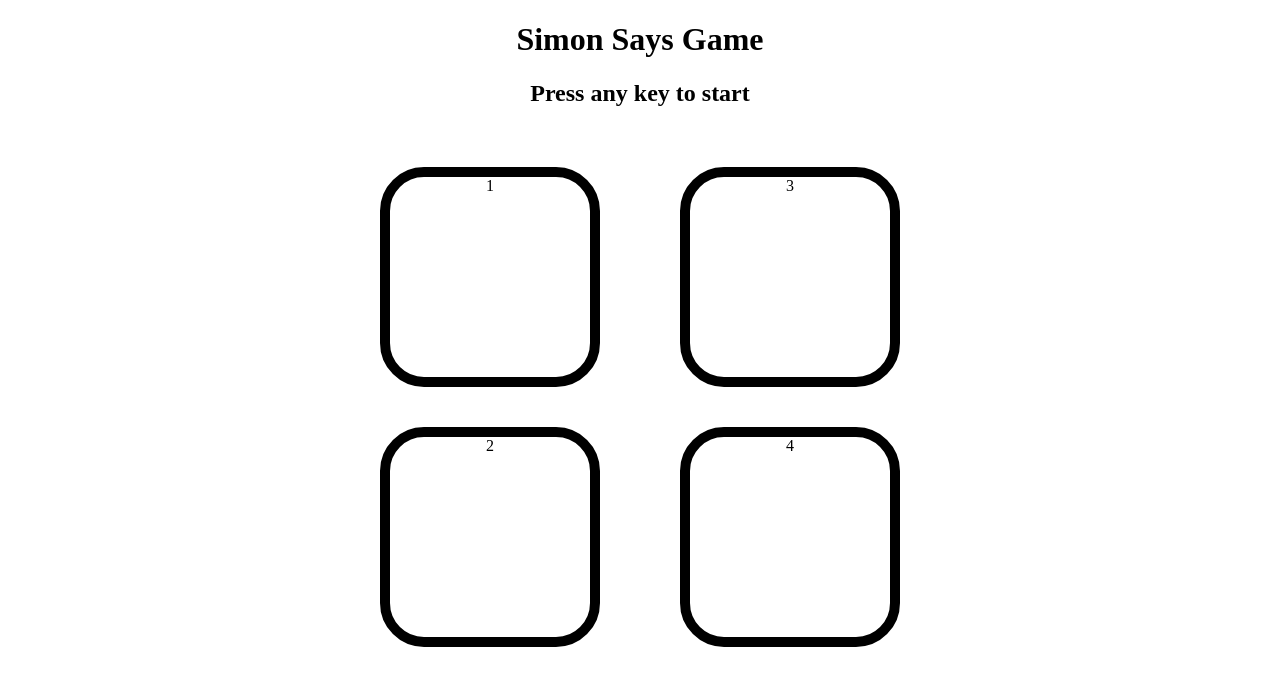
Repository: Manish-tomar-aligarh/Simon-Says-Game
Page: index.html
An editor plug-in stored every save of this project. The page is shown before and after a run of saves, followed by the edit.
The browser window is 1280 px wide. The pictures show the whole page.

Above is the page before, as saved 2025-05-25 11:30:29.

### index.html
<!DOCTYPE html>
<html lang="en">
<head>
    <meta charset="UTF-8">
    <meta name="viewport" content="width=device-width, initial-scale=1.0">
    <title>Simon Says Game</title>
    <link rel="stylesheet" href="style.css">
</head>
<body>
    <h1>Simon Says Game</h1>
    <h2>Press any key to start</h2>

    <div class="box-container">

        <div class="line-one">
            <div class="btn red">1</div>
        <div class="btn yellow">2</div>

        </div>
        <div class="line-two">
            <div class="btn green">3</div>
        <div class="btn purple">4</div>

        </div>


    </div>

    <script src="app.js"></script>

</body>
</html>

### style.css
body{
    text-align: center;
}

.btn{
    height:200px;
    width:200px;
    border-radius: 20%;
    border : 10px solid black;
    margin:2.5rem;
}

.box-container{
    display:flex;
    justify-content: center;

}
.yellow{
    background-color: ;
}

Loaded but not shown: app.js (no copy from this time; the picture is the same without it)

After the next 2 saves:
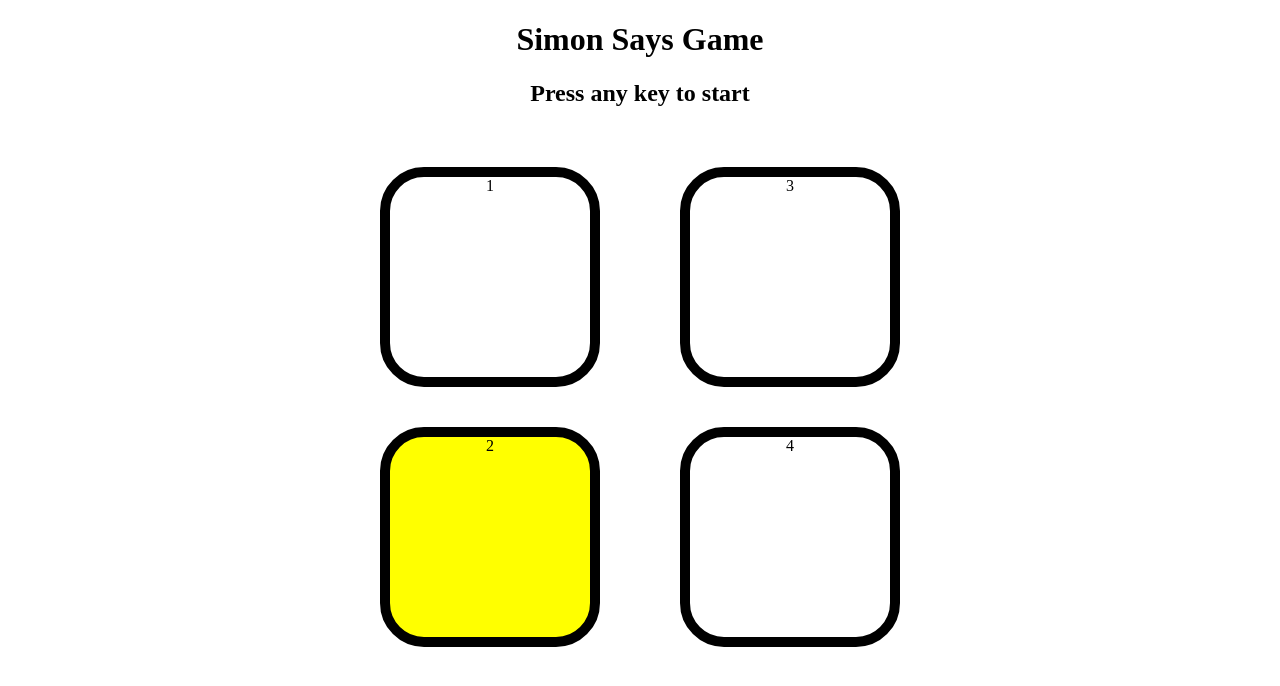
The 2 saves are shown as one change because they came seconds apart.
The last was saved 13 s later.
--- a/style.css
+++ b/style.css
@@ -16,5 +16,5 @@ body{
 
 }
 .yellow{
-    background-color: ;
+    background-color: yellow;
 }
